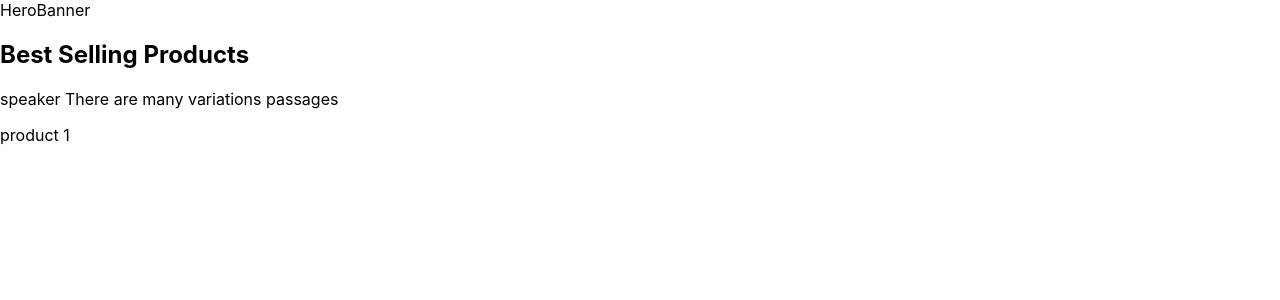
Repository: syni18/e-shop
Page: /
These files come from the project's save history. The page is drawn as it stood at one moment and after the next save; the edit follows.
The browser window is 1280 px wide. The pictures show the whole page.
The project was rebuilt for these pictures with package versions that can differ from the ones it lists, and the page was loaded fresh each time. The framework's server and built-in components were replaced by stand-ins that run in the browser. Also part of the build but not shown: next.config.js.

Above is the page before, as saved 2022-08-09 01:21:56.

### pages/index.js
import React from 'react'

const index = () => {
  return (
    <>
      HeroBanner
      <div>
        <h2>Best Selling Products</h2>
        <p>speaker There are many variations passages</p>
      </div>
      <div>
        {['product 1']}
      </div>
    </>
  );
}

export default index

Loaded but not shown: pages/_app.js (common file); styles/globals.css (common file)

After the next save:
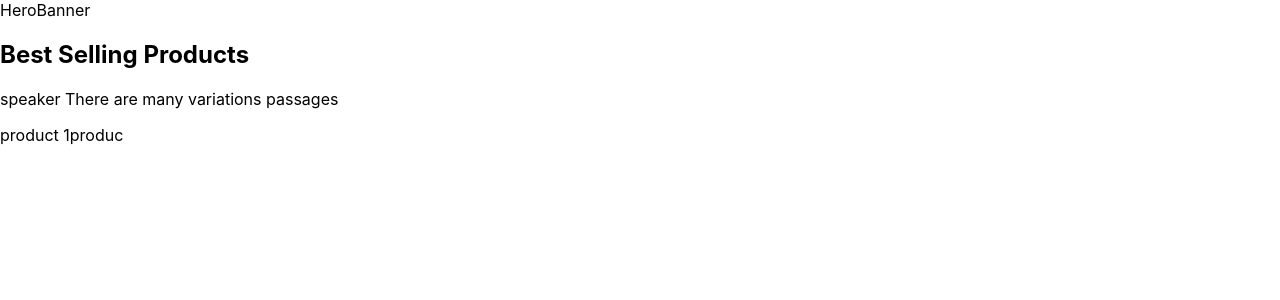
Saved 5 s later.
--- a/pages/index.js
+++ b/pages/index.js
@@ -9,7 +9,7 @@ const index = () => {
         <p>speaker There are many variations passages</p>
       </div>
       <div>
-        {['product 1']}
+        {['product 1', 'produc']}
       </div>
     </>
   );
